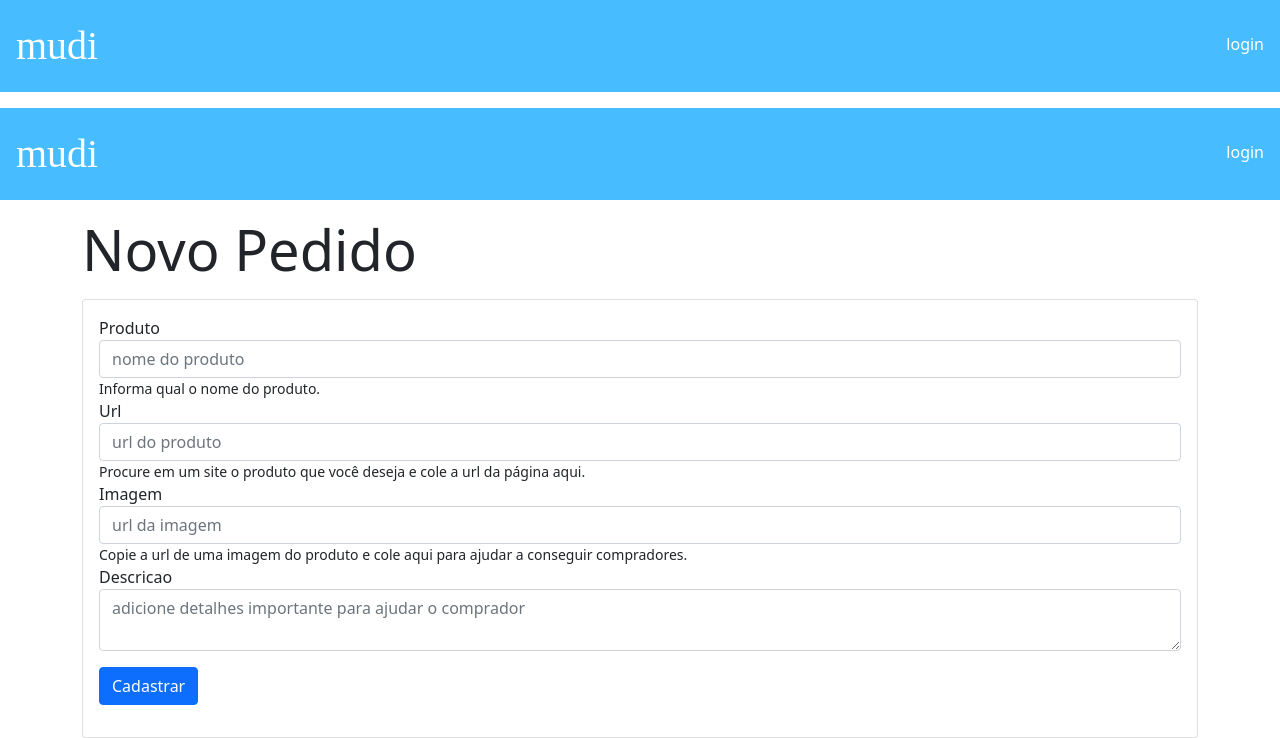
Repository: Matheus-Ferreira95/spring-mvc-alura
Page: http://localhost/pedido/formulario
These files come from the project's save history. The page is drawn as it stood at one moment and after the next save; the edit follows.
The browser window is 1280 px wide. The pictures show the whole page.
The page is this project's Thymeleaf template; nobody is signed in. The template is opened directly, without the code that normally fills it, so the values that code supplies are empty.

Above is the page before, as saved 2020-12-29 16:03:04.

After the next save:
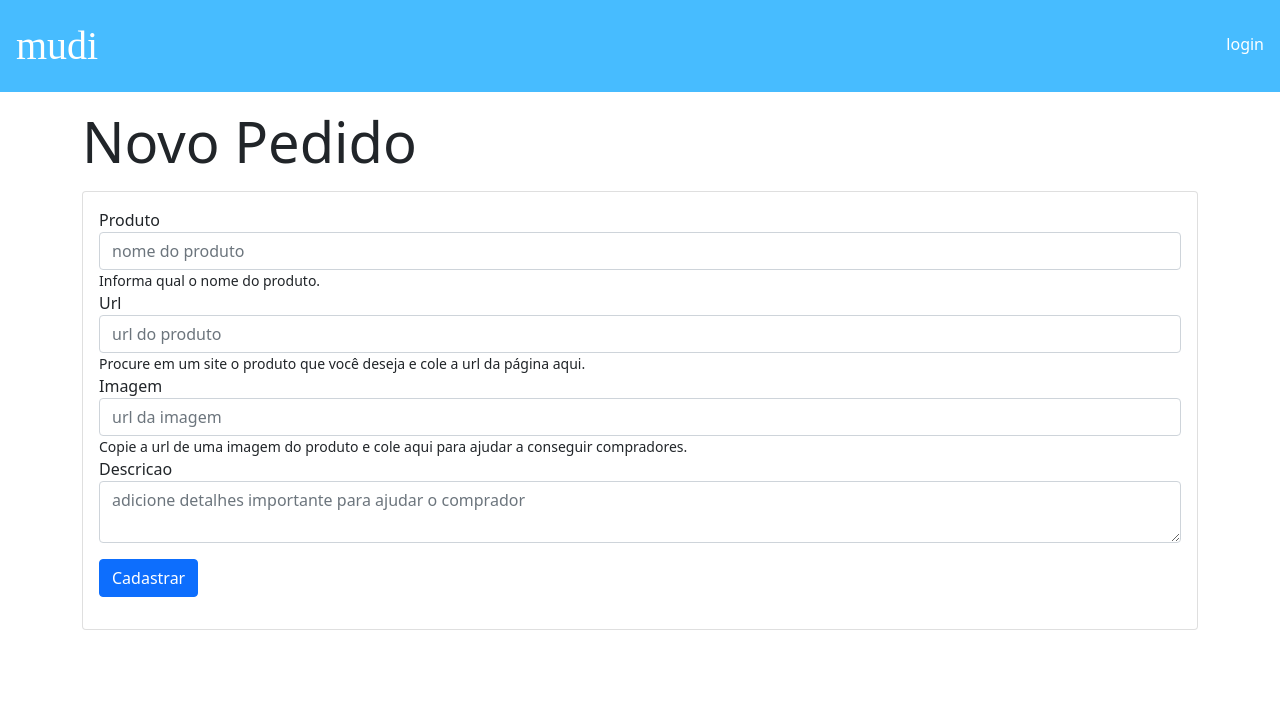
Saved 35 s later.
--- a/mvc/src/main/resources/templates/pedido/formulario.html
+++ b/mvc/src/main/resources/templates/pedido/formulario.html
@@ -18,10 +18,6 @@
 </style>
 </head>
 <body>
-	<div class="logo-container mb-3 p-3 d-flex justify-content-between">
-			<span class="logo">mudi</span>
-			<span class="mt-3">login</span>
-	</div>
 	<div class="logo-container mb-3 p-3 d-flex justify-content-between">
 			<span class="logo">mudi</span>
 			<span class="mt-3">login</span>
